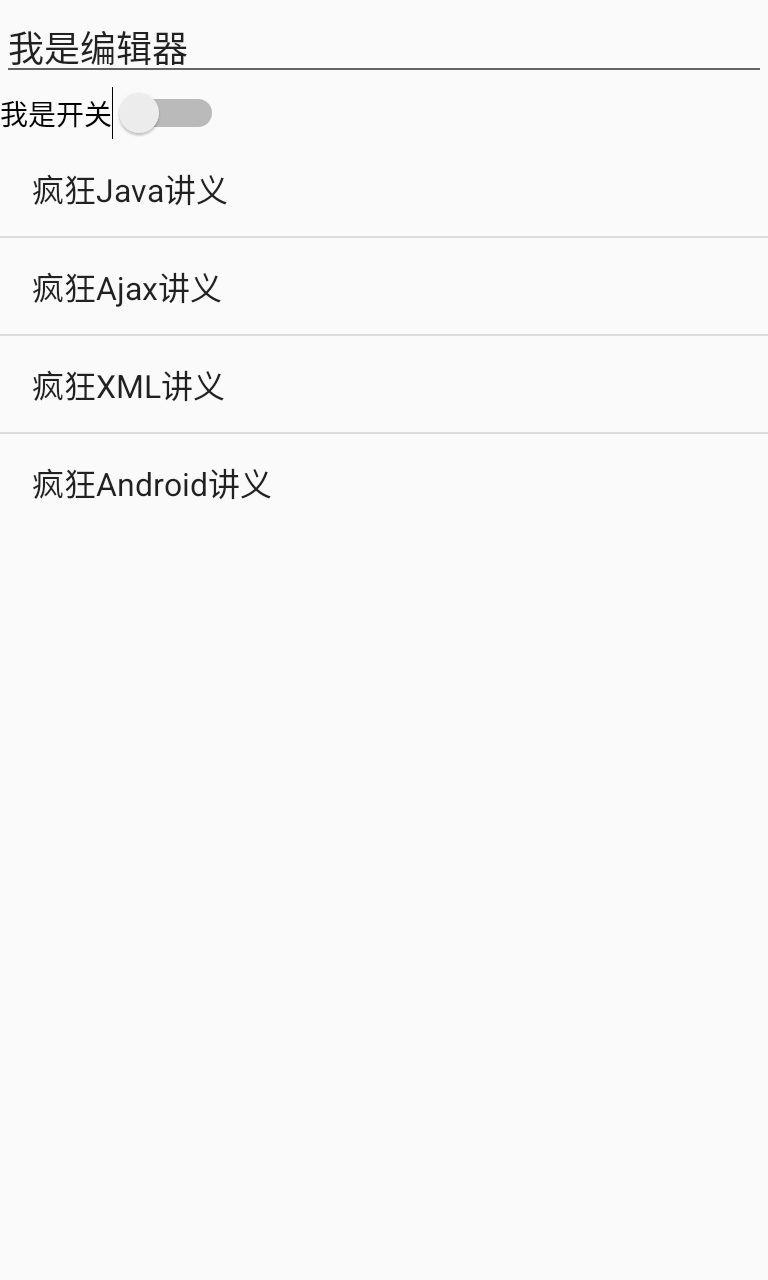
Repository: BingoBinBingo/androidWorkPlace
Layout: firstAndroid/res/layout/activity_main.xml
These files come from the project's save history. The layout is drawn as it stood at one moment and after the next save; the edit follows.
It is drawn on a 768 x 1280 px phone screen (xhdpi) without system bars, with theme AppTheme; the app's code is not run. Lists and similar views that code fills are empty.

Above is the layout before, as saved 2015-08-26 09:32:12.

### firstAndroid/res/layout/activity_main.xml
<?xml version="1.0" encoding="utf-8"?>
<LinearLayout xmlns:android="http://schemas.android.com/apk/res/android"
    android:layout_width="match_parent"
    android:layout_height="match_parent"
    android:orientation="vertical" >

    <EditText
        android:id="@+id/myEdit"
        android:text="@string/editTextContent"
        android:layout_height="wrap_content"
        android:layout_width="match_parent"
        android:inputType="text"
        />
	<Switch
	    android:id="@+id/mySwi"
	    android:layout_height="wrap_content"
	    android:layout_width="wrap_content"
	    android:text="我是开关"
	    />
	<ListView
	    android:id="@+id/myList"
	    android:layout_width="match_parent"
	    android:layout_height="wrap_content"
	    android:entries="@array/books"

	    />

</LinearLayout>

### firstAndroid/res/values/strings.xml
<?xml version="1.0" encoding="utf-8"?>
<resources>
    <string name="app_name">firstAndroid</string>
    <string name="hello_world">Hello world!  --- To Chen huan huan</string>
    <string name="action_settings">Settings</string>
    <string name="huangbinbtn">黄彬的按钮</string>
    <string name="editTextContent">我是编辑器</string>
</resources>

### firstAndroid/res/values/arrays.xml
<?xml version="1.0" encoding="utf-8"?>
<resources>
	<string-array name = "books" >
		<item>疯狂Java讲义</item>
		<item>疯狂Ajax讲义</item>
		<item>疯狂XML讲义</item>
		<item>疯狂Android讲义</item>
	</string-array>
</resources>

Loaded but not shown: firstAndroid/res/values/styles.xml (common file); firstAndroid/res/values-v11/styles.xml (common file); firstAndroid/res/values-v14/styles.xml (common file)

After the next save:
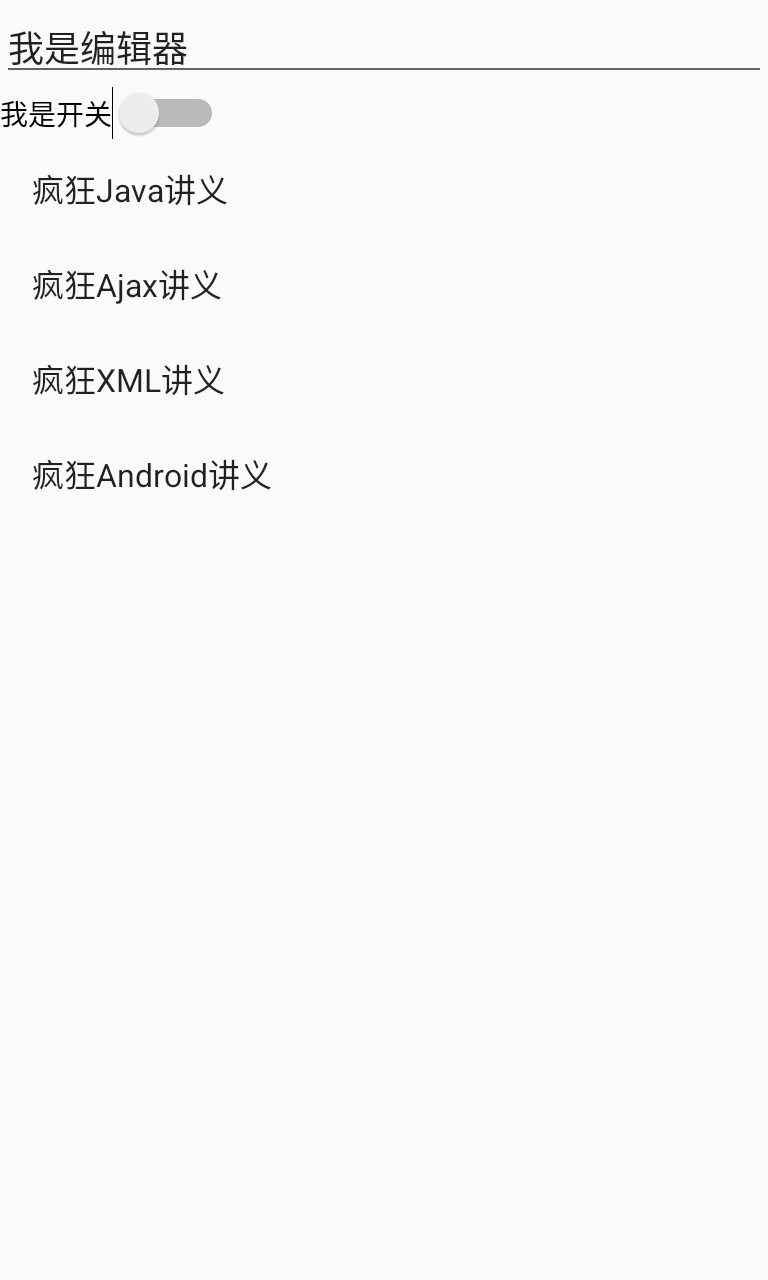
Saved 32 s later.
--- a/firstAndroid/res/layout/activity_main.xml
+++ b/firstAndroid/res/layout/activity_main.xml
@@ -22,6 +22,7 @@
 	    android:layout_width="match_parent"
 	    android:layout_height="wrap_content"
 	    android:entries="@array/books"
+	    android:divider="#0000FF"
 
 	    />
 
